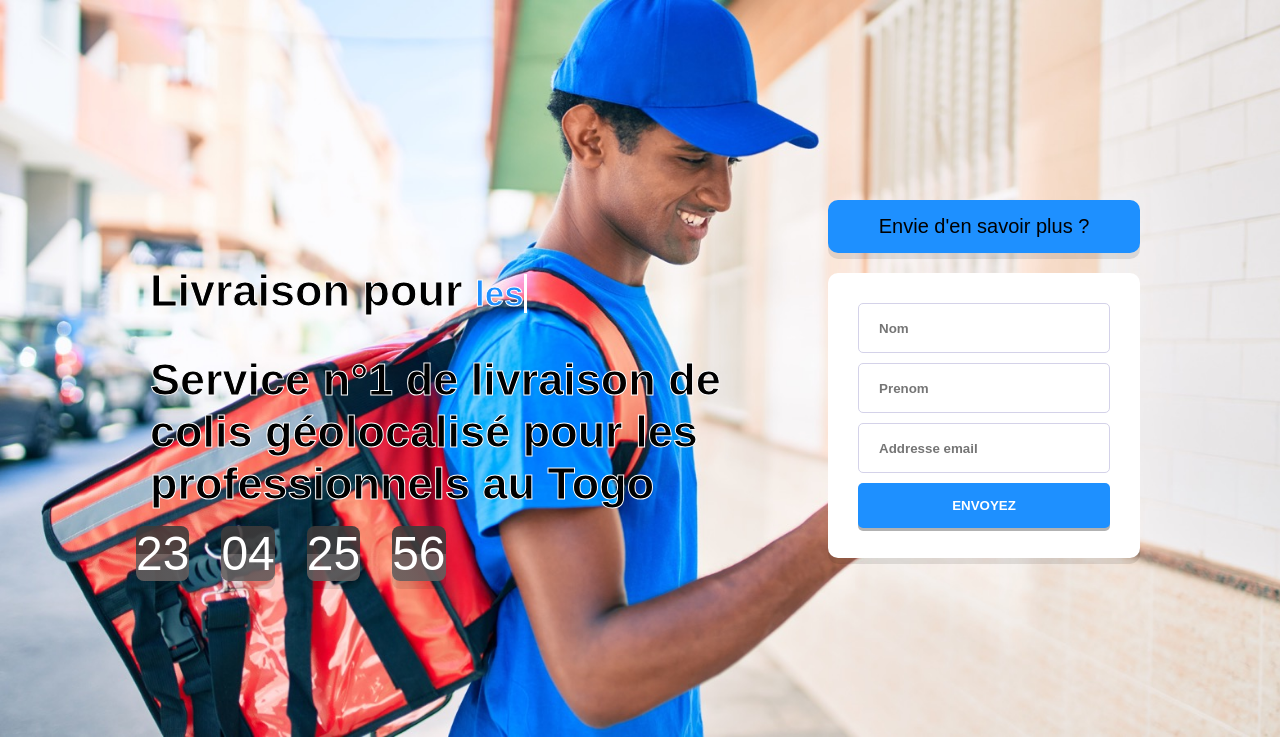
Repository: lawalalao/landpage
Page: index.html
The author's editor kept a copy of each file at every save. The page is drawn from the files as they stood at one save, then again after the next save.
The browser window is 1280 px wide. The pictures show the whole page.
Some web fonts or font styles are not loaded; a fallback is used.

Above is the page before, as saved 2021-01-15 15:33:34.
Console error: TypeError: Cannot read properties of null (reading 'addEventListener')

### index.html
<!DOCTYPE html>
<html lang="en">
<head>
    <meta charset="UTF-8">
    <meta name="viewport" content="width=device-width, initial-scale=1.0">
    <link rel="shortcut icon" type="image/x-icon" href="./assets/icone.png">
    <meta http-equiv="refresh" content="30">
    <link href="./assets/fontawesome-free-5.15.1-web/css/all.css" rel="stylesheet">
    <link rel="preconnect" href="https://fonts.gstatic.com">
    <link href="https://fonts.googleapis.com/css2?family=Allerta+Stencil&display=swap" rel="stylesheet">
    <link rel="stylesheet" href="style.css">
    <!-- Primary Meta Tags -->
<title>chapchap.tg</title>
<meta name="title" content="chapchap.tg">
<meta name="description" content="Service n°1 de livraison de colis géolocalisé pour les professionnels au Togo.comingsoon">

<!-- Open Graph / Facebook -->
<meta property="og:type" content="website">
<meta property="og:url" content="https://metatags.io/">
<meta property="og:title" content="chapchap.tg">
<meta property="og:description" content="Service n°1 de livraison de colis géolocalisé pour les professionnels au Togo.comingsoon">
<meta property="og:image" content="https://metatags.io/assets/meta-tags-16a33a6a8531e519cc0936fbba0ad904e52d35f34a46c97a2c9f6f7dd7d336f2.png">

<!-- Twitter -->
<meta property="twitter:card" content="summary_large_image">
<meta property="twitter:url" content="https://metatags.io/">
<meta property="twitter:title" content="chapchap.tg">
<meta property="twitter:description" content="Service n°1 de livraison de colis géolocalisé pour les professionnels au Togo.comingsoon">
<meta property="twitter:image" content="https://metatags.io/assets/meta-tags-16a33a6a8531e519cc0936fbba0ad904e52d35f34a46c97a2c9f6f7dd7d336f2.png">
</head>
<body>

        <div class="nav" id="navbar">
            <nav class="navbar navbar-light bg-light">
            <a class="navbar-brand" href="#">
                <img src="./assets/logo.png" width="90" height="90" alt="logo" loading="lazy">
            </a>
            </nav>
            <div class="social">
                <a href="https://web.facebook.com/chapchap.tg" target="_blank" ><i class="fab fa-facebook-square"></i></a>
                <a href="https://www.instagram.com/chapchap_tg/" target="_blank"><i class="fab fa-instagram-square"></i></a>
                <a href="https://twitter.com/chapchap_tg" target="_blank"><i class="fab fa-twitter-square"></i></a>
                <a href="https://www.linkedin.com/company/chapchap-tg" target="_blank" ><i class="fab fa-linkedin"></i></a>
            </div>
        </div>

    <section class="signup">
        <div class="signup-intro">
            <h1 class="z">Livraison pour
                <span class="txt-type" data-wait="500" data-words='["les colis", "les plis", "les marchandises", "le retail", "le dernier Kilometre"]'></span>
            </h1>
            <h1 class="x">Service n°1 de livraison de colis géolocalisé pour les professionnels au Togo</h1>
             <div class="countdown"></div>

        </div>

        <div class="signup-form">
            <div class="tryit-banner">
                <p>Envie d'en savoir plus ? </p>
            </div>

            <form action="https://formspree.io/f/xleollba" method="POST"">
                <input type="text" name="name" placeholder="Nom">
                <input type="text" name="name" placeholder="Prenom">
                <input type="email" name="_replyto"placeholder="Addresse email" required>

                <button class="button">Envoyez</button>

            </form>
        </div>
    </section>
</body>
<script src="./app.js"></script>
<script>  var prevScrollpos = window.pageYOffset;
      window.onscroll = function() {

      var currentScrollpos = window.pageYOffset;
      if(prevScrollpos > currentScrollpos) {
            document.getElementById("navbar").style.top = "0";
      } else {
            document.getElementById("navbar").style.top = "-400px";
      }

      prevScrollpos = currentScrollpos;

      }</script>
</html>

### style.css
body {
    font-family: 'Allerta Stencil',
    sans-serif;
    max-width: 310px;
    margin: 0 auto;
    padding: 20px 20px;
    background: url("./assets/image.jpeg") center no-repeat;
    background-repeat: no-repeat;
    background-size: cover;
    color: Black;
    text-align: center;
}
.social i{
    color:#1E90FF;
    font-size:25px;
}

.social i:hover {
    color: rgb(25, 29, 238);
}
.nav {
    margin-top: 30px;
    position: fixed;
    z-index: 1000;
    top: 0;
    right: 30px;
    left: 40px;
    height: 35px;
    display: flex;
    flex-direction: row;
    justify-content: space-between;
    align-items: center;
    padding: 0 25px 0 25px;
    background-color: transparent;
    transition: top 0.3s;


}

.z{
    margin-top: 100px;
}
.nav a {
    float: left;
    font-size: 28px;
    font-weight: bold;
    margin-left: 25px;
    color: black;
    text-decoration: none;

}
.txt-type>.txt {
    font-size: 35px;
    color: #1E90FF;
    border-right: 0.2rem solid white;
}
h1{
    -webkit-text-stroke: 1px white;
    color:black;
}
p {
    font-size: 14px;
}

.tryit-banner {
    background-color:#1E90FF;
    border-radius: 10px;
    margin-top: 50px;
    box-shadow: 0px 6px 0px rgba(0, 0, 0, 0.1);
    font-size: 14px;
}

.tryit-banner p {
    padding: 15px 0;
}

input, button {
    font-family: 'Allerta Stencil',
    sans-serif;
}

form {
    background-color: #fff;
    margin-top: 20px;
    display: flex;
    flex-direction: column;
    padding: 20px;
    border-radius: 10px;
    box-shadow: 0px 6px 0px rgba(0, 0, 0, 0.1);
}

input {
    box-sizing: border-box;
    width: 100%;
    height: 50px;
    padding-left: 20px;
    font-weight: 600;
    border: 1px solid hsl(245, 35%, 87%);
    border-radius: 5px;
    margin-bottom: 10px;
    transition: 0.1s;
}

input:hover {
    border: 1px solid hsl(246, 25%, 77%);
}

.button {
    background-color:#1E90FF;
    font-family: 'Allerta Stencil',
    sans-serif;
    border: none;
    border-radius: 5px;
    box-shadow: 0px 3px 0px rgba(0, 0, 0, 0.3);
    padding: 15px 0;
    text-transform: uppercase;
    color: #fff;
    font-weight: 600;
    transition: 0.5s;
}

.button:hover {
    background-color:#042b52;
}

.form-disclaimer {
    color: hsl(246, 25%, 77%);
    font-size: 10px;
}

.terms {
    text-decoration: none;
    font-weight: 600;
    color: hsl(0, 100%, 74%);
}
.countdown {

    display: flex;
    margin-left: -30px;
    font-size: 30px;
    font-weight: 200;
}

.countdown div {

    background: linear-gradient(to bottom,
            rgba(61, 58, 58, 0.9) 50%,
            rgba(99, 93, 93, 0.9) 0);
    color: white;
    margin: 1rem 1rem 3rem 1rem;
    font-size: 3rem;
    font-weight: 400;
    display: flex;
    justify-content: center;
    align-items: center;
    box-shadow: 0px 8px 0px rgba(0, 0, 0, 0.1);
    border-radius: 8px;
    position: relative;
}

.countdown div::before {
    content: "";
    position: absolute;
    height: 0.24rem;
    background-color: #17181b;
}

.countdown div::after {
    content: attr(data-content);
    font-size: 6rem;
    font-weight: 400;
    position: absolute;
    bottom: -6rem;
}

@media screen and (min-width: 480px) {
    .countdown {
        font-size: 25px;
        display: flex;
    }

    .navbar-brand img {
        margin-top: 10px;
    }
    .countdown div {
        display: flex;
        margin: 1rem 1rem 1rem 1rem;
        font-size: 2rem;
        flex-direction: column;
    }

    .countdown div::after {
        font-size: 2rem;
        display: flex;
        flex-direction: column;
        width: 60%;

    }
}

@media screen and (min-width: 768px) {
    .countdown {
        font-size: 56px;
    }

    .countdown {
        font-size: 25px;
        display: flex;
    }

    .countdown div {
        display: flex;
        margin: 1rem 1rem 1rem 1rem;
        font-size: 3rem;
        flex-direction: column;
    }

    .countdown div::after {
        font-size: 2.2rem;
        display: flex;
        flex-direction: column;
        width: 60%;
    }

    .signup {
        text-align: center;
    }
}

@media screen and (min-width: 1024px) {
    header .content .countdown {
        font-size: 72px;

    }
}

@media screen and (min-width: 1280px) {
    .content .countdown {
        font-size: 56px;
    }
}
@media screen and (min-width: 900px) {
    .nav{
        height: 80px;
    }
    .nav a {
        float: left;
        font-size: 40px;
        font-weight: bold;
        margin-left: 25px;
        color: black;
        text-decoration: none;

    }
    .signup {
        display: flex;
        justify-content: space-between;
    }

    .signup-intro {
        margin-top: 25px;
        width: 100%;
        margin-left: 10px;
        display: flex;
        flex-direction: column;
        justify-content: center;
        text-align: left;
    }

    .signup-form {
        width: 46%;
        font-family: 'Allerta Stencil',
        sans-serif;
        margin-top: 10px;
    }
    form {
        padding: 30px;
    }

    body {
        margin:100px auto;
        max-width: 1000px;
        padding: 40px 20px;
        background: url("./assets/image.jpeg") ;
        background-repeat: no-repeat;
        background-size: cover;
        font-family: 'Allerta Stencil',
        sans-serif;
    }

    h1 {
        font-size:45px;
        margin-bottom: 0px;
        -webkit-text-stroke: 1px white;
        color:black;
    }

    p {
        font-size: 20px;
    }
}

### app.js
const countdown = document.querySelector(".countdown");

const interval = setInterval(() => {
  const deadline = new Date(2021,01, 05, 00, 00, 00);

  const current = new Date();

  const diff = deadline - current;

  const days = Math.floor(diff / (1000 * 60 * 60 * 24)) + "";
  const hours = Math.floor((diff / (1000 * 60 * 60)) % 24) + "";
  const minutes = Math.floor((diff / (1000 * 60)) % 60) + "";
  const seconds = Math.floor((diff / 1000) % 60) + "";

  countdown.innerHTML = `
    <div data-content="">${days.length === 1 ? `0${days}` : days}</div>
    <div data-content="">${hours.length === 1 ? `0${hours}` : hours}</div>
    <div data-content="">${
      minutes.length === 1 ? `0${minutes}` : minutes
    }</div>
    <div data-content="">${
      seconds.length === 1 ? `0${seconds}` : seconds
    }</div>
`;

  if (diff < 0) {
    clearInterval(interval);
    countdown.innerHTML = "<h1>Here We Go!!!</h1>";
  }

  document.querySelector(".reset").addEventListener("click", () => {
    clearInterval(interval);

    const divs = document.querySelectorAll(".countdown div");

    divs.forEach((div) => {
      div.innerHTML = "00";
    });
  });
}, 1000);


// ES6 Class
class TypeWriter {
  constructor(txtElement, words, wait = 3000) {
    this.txtElement = txtElement;
    this.words = words;
    this.txt = '';
    this.wordIndex = 0;
    this.wait = parseInt(wait, 10);
    this.type();
    this.isDeleting = false;
  }

  type() {
    // Current index of word
    const current = this.wordIndex % this.words.length;
    // Get full text of current word
    const fullTxt = this.words[current];

    // Check if deleting
    if(this.isDeleting) {
      // Remove char
      this.txt = fullTxt.substring(0, this.txt.length - 1);
    } else {
      // Add char
      this.txt = fullTxt.substring(0, this.txt.length + 1);
    }

    // Insert txt into element
    this.txtElement.innerHTML = `<span class="txt">${this.txt}</span>`;

    // Initial Type Speed
    let typeSpeed = 300;

    if(this.isDeleting) {
      typeSpeed /= 2;
    }

    // If word is complete
    if(!this.isDeleting && this.txt === fullTxt) {
      // Make pause at end
      typeSpeed = this.wait;
      // Set delete to true
      this.isDeleting = true;
    } else if(this.isDeleting && this.txt === '') {
      this.isDeleting = false;
      // Move to next word
      this.wordIndex++;
      // Pause before start typing
      typeSpeed = 500;
    }

    setTimeout(() => this.type(), typeSpeed);
  }
}


// Init On DOM Load
document.addEventListener('DOMContentLoaded', init);

// Init App
function init() {
  const txtElement = document.querySelector('.txt-type');
  const words = JSON.parse(txtElement.getAttribute('data-words'));
  const wait = txtElement.getAttribute('data-wait');
  // Init TypeWriter
  new TypeWriter(txtElement, words, wait);
}

Loaded but not shown: assets/fontawesome-free-5.15.1-web/css/all.css (library)

After the next save:
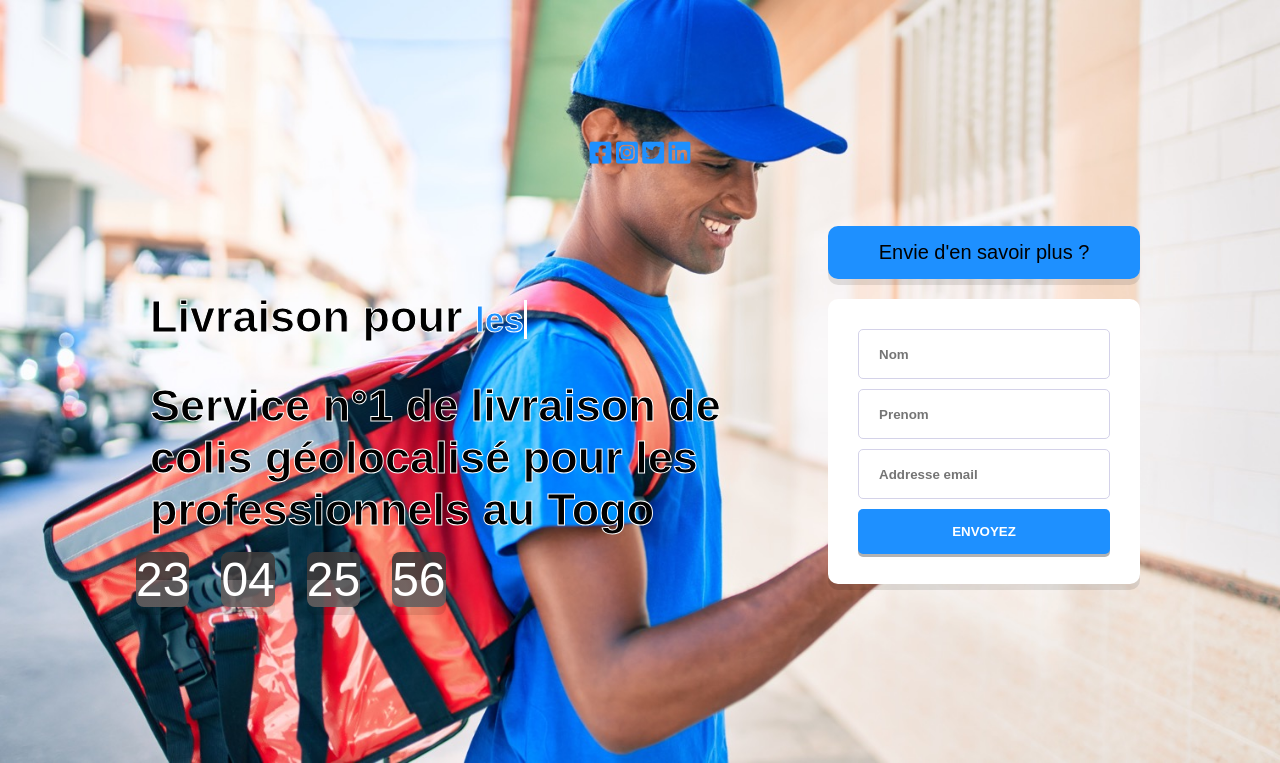
Saved 3 min 31 s later.
--- a/index.html
+++ b/index.html
@@ -43,7 +43,12 @@
                 <a href="https://www.linkedin.com/company/chapchap-tg" target="_blank" ><i class="fab fa-linkedin"></i></a>
             </div>
         </div>
-
+<div class="social">
+                <a href="https://web.facebook.com/chapchap.tg" target="_blank" ><i class="fab fa-facebook-square"></i></a>
+                <a href="https://www.instagram.com/chapchap_tg/" target="_blank"><i class="fab fa-instagram-square"></i></a>
+                <a href="https://twitter.com/chapchap_tg" target="_blank"><i class="fab fa-twitter-square"></i></a>
+                <a href="https://www.linkedin.com/company/chapchap-tg" target="_blank" ><i class="fab fa-linkedin"></i></a>
+            </div>
     <section class="signup">
         <div class="signup-intro">
             <h1 class="z">Livraison pour
